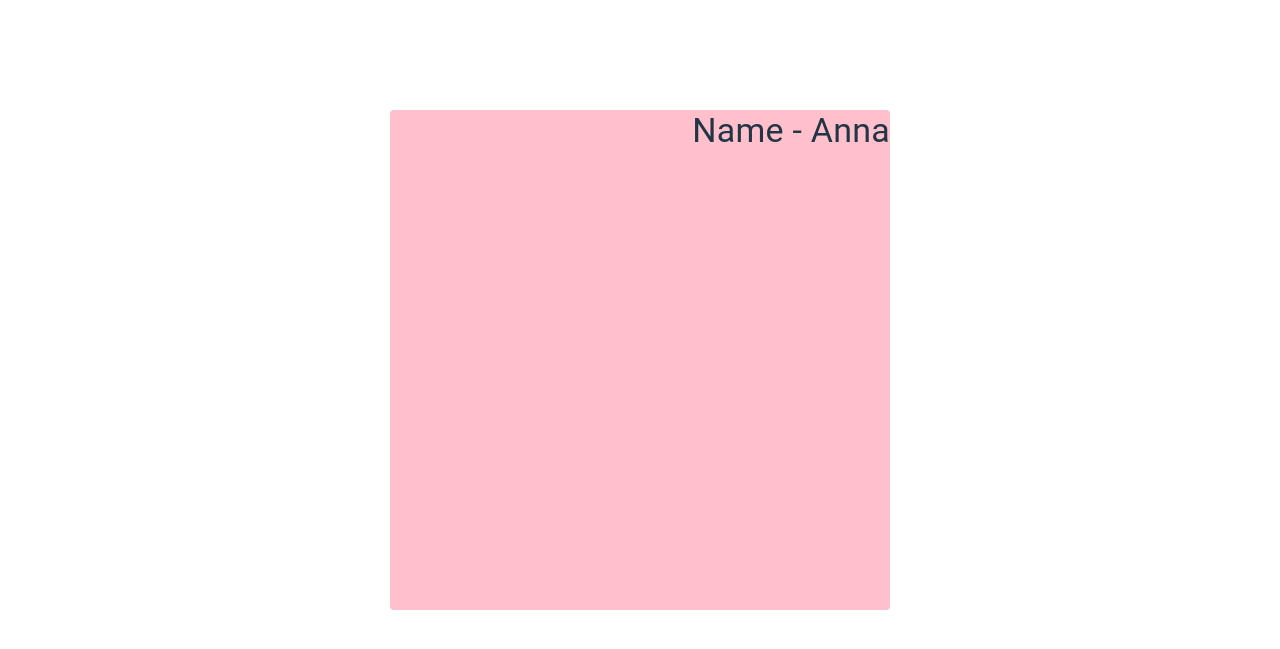
Repository: savannaaaas/props
Page: /
The author's editor kept a copy of each file at every save. The page is drawn from the files as they stood at one save, then again after the next save.
The browser window is 1280 px wide. The pictures show the whole page.
The project was rebuilt for these pictures with package versions that can differ from the ones it lists, and the page was loaded fresh each time. Also part of the build but not shown: vite.config.js.

Above is the page before, as saved 2025-07-07 23:40:12.

### src/App.jsx
import "./App.css";
import Box from "@mui/material/Box";
import { Person } from "./components/Person";
/**1. Создать 6 любых компонент.
2. В компоненты передать props следующих типов данных:
number
string
boolean
object
function
array
3. Использовать в компонентах каждый prop.
4. Сделать деструктуризацию props. */
function App() {
  return (
    <Box
      sx={{
        width: 500,
        height: 500,
        borderRadius: 1,
        bgcolor: "pink",
      }}
    >
      <Person name={"Anna"} />
    </Box>
  );
}

export default App;

### src/components/Person.jsx
import Typography from "@mui/material/Typography";
export const Person = ({ name }) => {
  return (
    <Typography variant="h4" align="right">
      Name - {name}
    </Typography>
  );
};

Loaded but not shown: index.html (common file); src/main.jsx (common file); src/index.css (common file); src/App.css (common file)

After the next save:
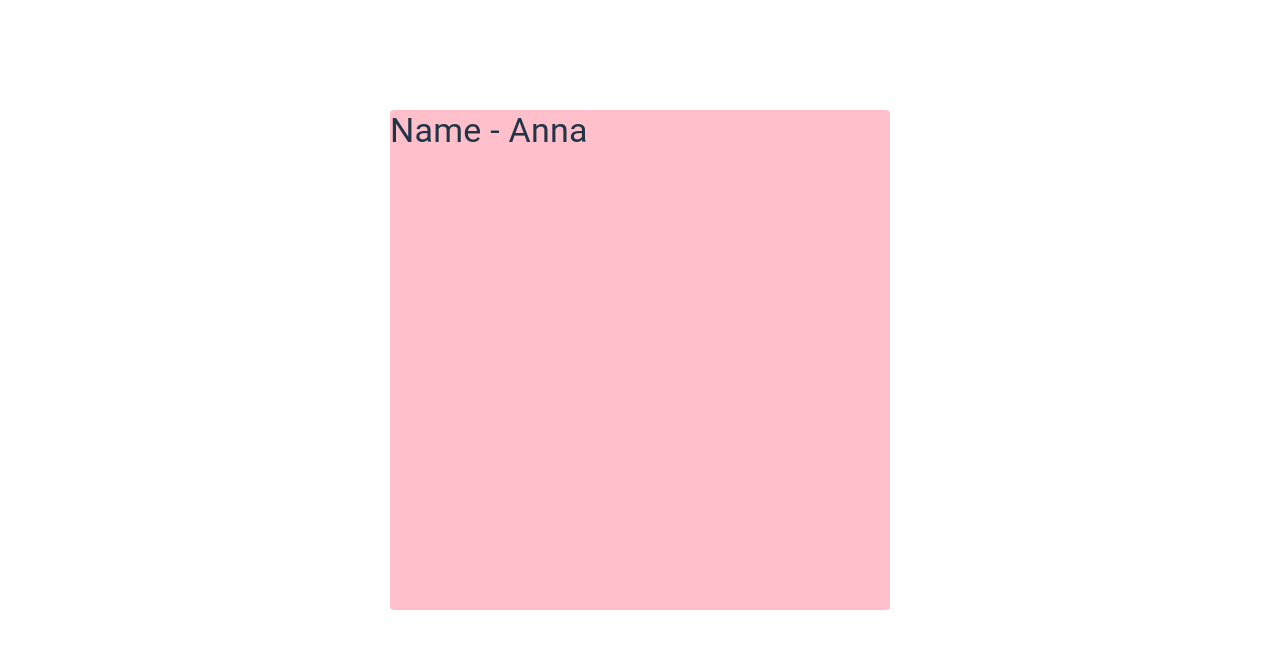
Saved 8 s later.
--- a/src/components/Person.jsx
+++ b/src/components/Person.jsx
@@ -1,7 +1,7 @@
 import Typography from "@mui/material/Typography";
 export const Person = ({ name }) => {
   return (
-    <Typography variant="h4" align="right">
+    <Typography variant="h4" align="left">
       Name - {name}
     </Typography>
   );
